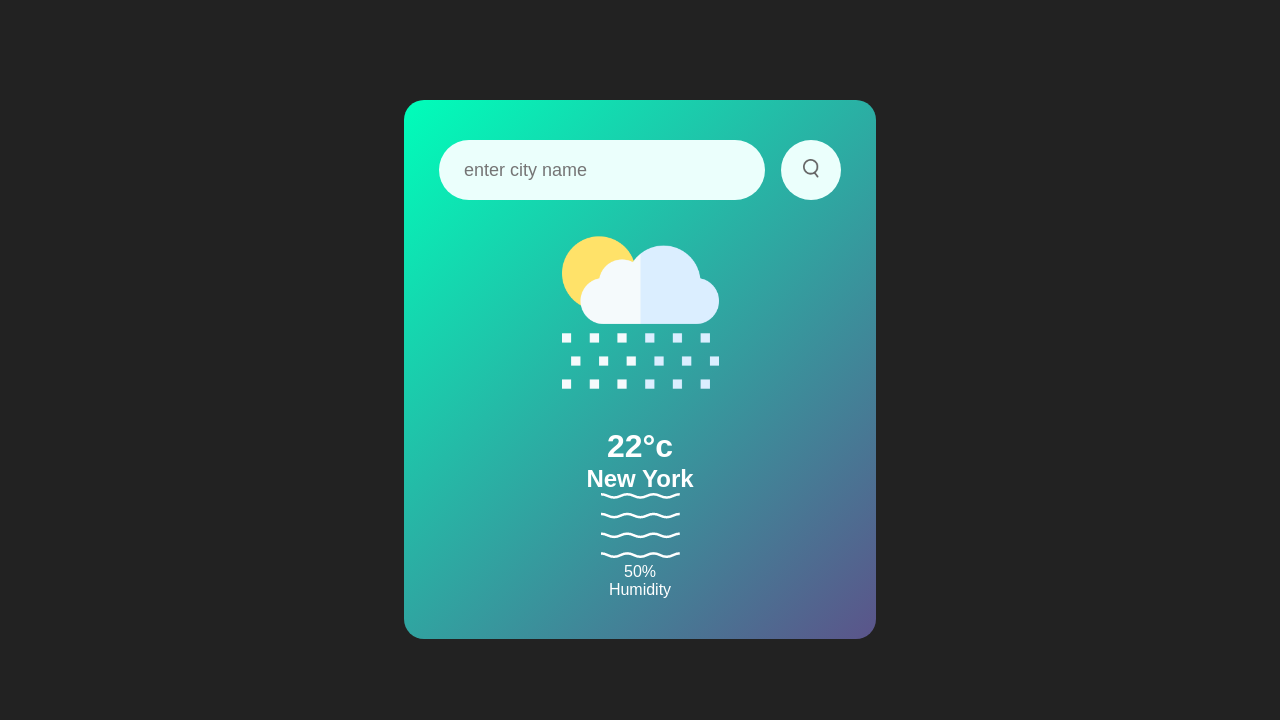
Repository: Rohit-foryou/Weather-app
Page: Weather App/Weather.html
These files come from the project's save history. The page is drawn as it stood at one moment and after the next save; the edit follows.
The browser window is 1280 px wide. The pictures show the whole page.

Above is the page before, as saved 2023-12-13 14:30:29.

### Weather App/Weather.html
<!DOCTYPE html>
<html lang="en">
<head>
    <meta charset="UTF-8">
    <meta name="viewport" content="width=device-width, initial-scale=1.0">
    <link rel="stylesheet" href="Weather.css">
    <title>Weather</title>
</head>
<body>
    <div class="card">
        <div class="search">
            <input type="text" placeholder="enter city name" spellcheck="false">
            <button><img src="Weather(Images)/search.png" alt=""></button>
        </div>
        <div class="weather">
            <img src="Weather(Images)/rain.png" class="weather-icon">
            <h1>22°c</h1>
            <h2>New York</h2>
            <div class="details">
                <div class="col">
                    <img src="Weather(Images)/humidity.png">
                    <div>
                        <p class="humidity">50%</p>
                        <p>Humidity</p>
                    </div>
                </div>
            </div>
        </div>
    </div>
</body>
</html>

### Weather App/Weather.css
*{
    margin: 0;
    padding: 0;
    font-family: 'Poppins', sans-serif;
    box-sizing: border-box;
}

body{
    background: #222;
}

.card{
    width: 90%;
    max-width: 472px;
    background: linear-gradient(135deg, #00feba, #5b548a);
    color: #fff;
    margin: 100px auto 0;
    border-radius: 20px;
    padding: 40px 35px;
    text-align: center;
}

.search{
    width: 100%;
    display: flex;
    align-items: center;
    justify-content: space-between;
}

.search input{
    border: 0;
    outline: 0;
    background: #ebfffc;
    color: #555;
    padding: 10px 25px;
    height: 60px;
    border-radius: 30px;
    flex: 1;
    margin-right: 16px;
    font-size: 18px;
}

.search button{
    border: 0;
    outline: 0;
    background: #ebfffc;
    border-radius: 50%;
    width: 60px;
    height: 60px;
    cursor: pointer;
}

.search button img{
    width: 16px;
}

After the next save:
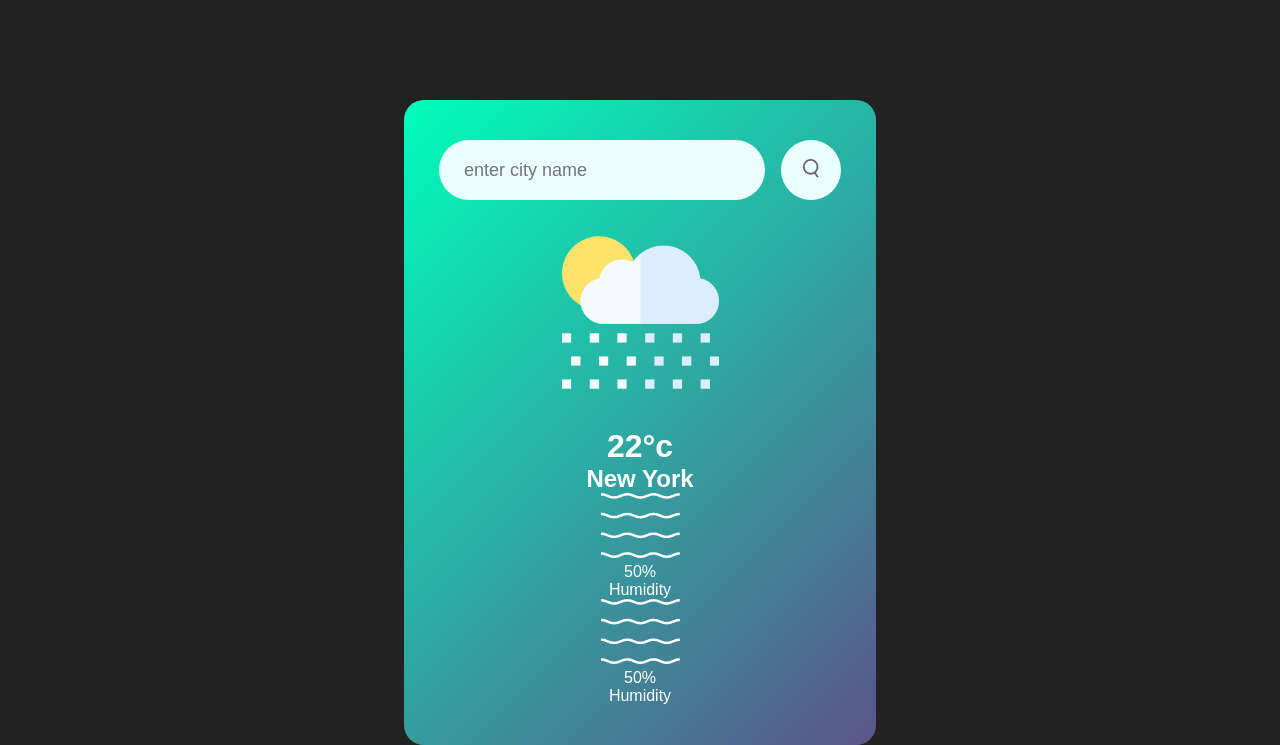
Saved 9 s later.
--- a/Weather App/Weather.html
+++ b/Weather App/Weather.html
@@ -24,6 +24,13 @@
                         <p>Humidity</p>
                     </div>
                 </div>
+                <div class="col">
+                    <img src="Weather(Images)/humidity.png">
+                    <div>
+                        <p class="humidity">50%</p>
+                        <p>Humidity</p>
+                    </div>
+                </div>
             </div>
         </div>
     </div>
